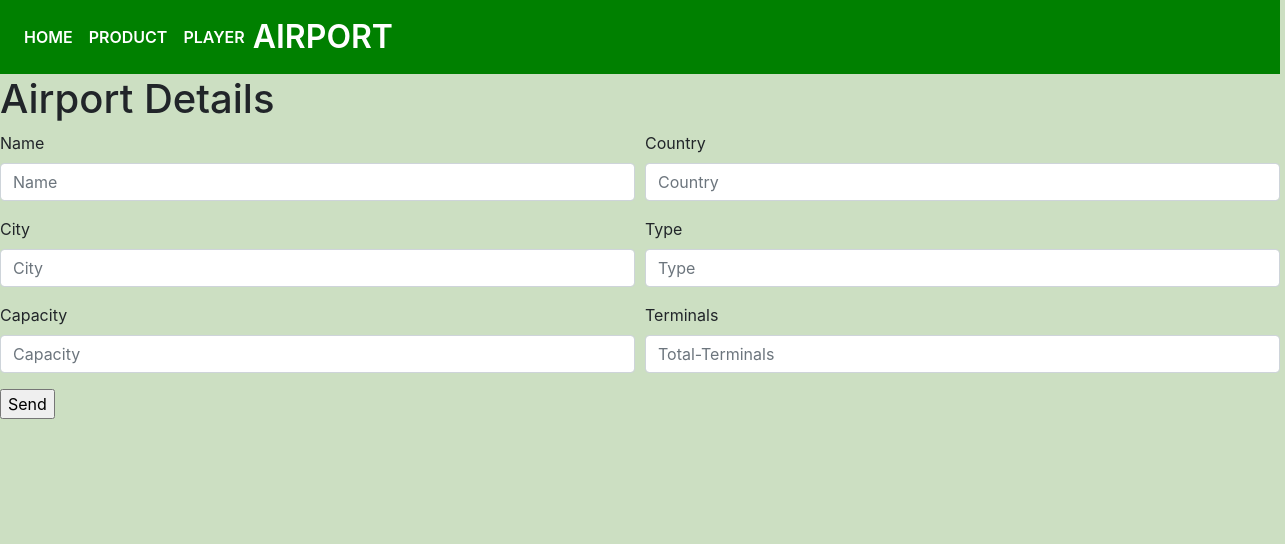
Repository: 05Mohammedismail/xworkz--Advance-Java
Page: http://localhost/Sep13_JSP/airport.jsp
The author's editor kept a copy of each file at every save. The page is drawn from the files as they stood at one save, then again after the next save.
The browser window is 1280 px wide. The page is 1285 px wide, so the pictures cover 1285 px, including what lies to the right of the window. The pictures show the whole page.
The page is served by Tomcat 9.

Above is the page before, as saved 2023-09-13 20:07:53.

After the next save:
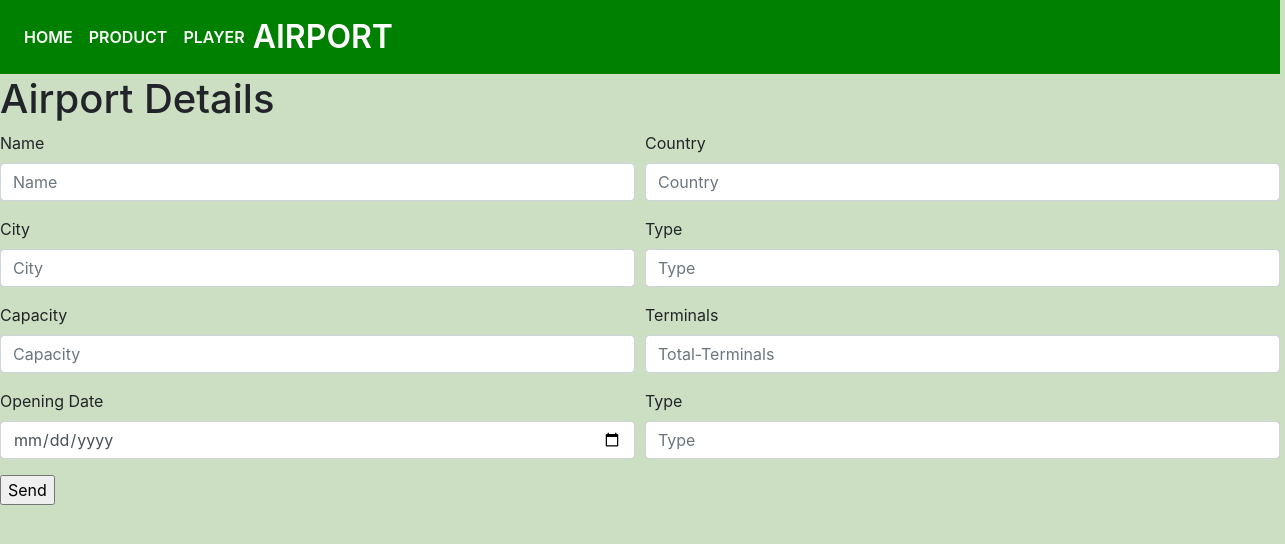
Saved 48 s later.
--- a/Sep13_JSP/src/main/webapp/airport.jsp
+++ b/Sep13_JSP/src/main/webapp/airport.jsp
@@ -83,6 +83,16 @@ text-decoration: underline;
       <label>Terminals</label>
       <input type="number" class="form-control" placeholder="Total-Terminals" name="terminals">
     </div>
+
+    <div class="form-group col-md-6">
+      <label >Opening Date</label>
+      <input type="date" class="form-control" placeholder="Opening-Date" name="type">
+    </div>
+
+    <div class="form-group col-md-6">
+      <label >Type</label>
+      <input type="text" class="form-control" placeholder="Type" name="type">
+    </div>
  </div>
  <input class="send" type="submit" value="Send">
 </form>
